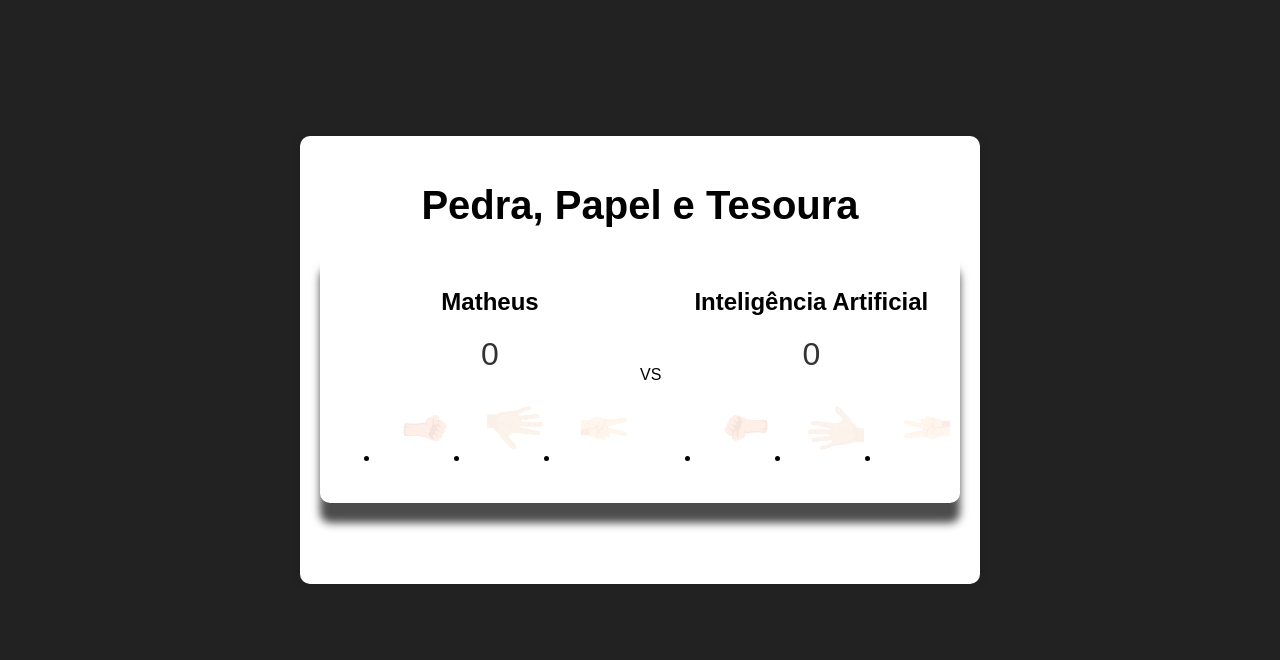
Repository: Matheus904-12/Pedra-Papel
Page: index.html
An editor plug-in stored every save of this project. The page is shown before and after the next save, followed by the edit.
The browser window is 1280 px wide. The pictures show the whole page.

Above is the page before, as saved 2023-08-28 23:00:28.

### index.html
<!DOCTYPE html>
<html lang="en">
<head>
    <meta charset="UTF-8">
    <meta name="viewport" content="width=device-width, initial-scale=1.0">
    <title>Pedra, Papel e Tesoura</title>
    <link rel="stylesheet" href="style.css">
    <script src="script.js"></script>
</head>
<body>
    <center>
    <div class="box">
        <div class="container">
            <h1 id="titulo">Pedra, Papel e Tesoura</h1>
            <div class="placar" id="placar">
                <div class="jogador">
                    <h2 id="jogadorNome">Matheus</h2>
                    <p id="jogadorPontos">0</p>
                    <ul class="escolhas" id="jogadorEscolha">
                        <li>
                            <a id="jogadorEscolha1" class="escolha" onclick="jogar(1)">
                                <img src="img/1-removebg-preview.png" alt="">
                            </a>
                        </li>
                        <li>
                            <a id="jogadorEscolha2" class="escolha" onclick="jogar(2)">
                                <img src="img/2-removebg-preview.png" alt="">
                            </a>
                        </li>
                        <li>
                            <a id="jogadorEscolha3" class="escolha" onclick="jogar(3)">
                                <img src="img/3-removebg-preview.png" alt="">
                            </a>
                        </li>
                    </ul>
                </div>
                <div id="versus">VS</div>
                <div class="computador">
                    <h2 id="computadorNome">Inteligência Artificial</h2>
                    <p id="computadorPontos">0</p>
                    <ul class="escolhas" id="computadorEscolha">
                        <li>
                            <a id="computadorEscolha1" class="escolha">
                                <img src="img2/1.png" alt="">
                            </a>
                        </li>
                        <li>
                            <a id="computadorEscolha2" class="escolha">
                                <img src="img2/2.png" alt="">
                            </a>
                        </li>
                        <li>
                            <a id="computadorEscolha3" class="escolha">
                                <img src="img2/3.png" alt="">
                            </a>
                        </li>
                    </ul>
                </div>
            </div>
            <div class="mensagem"><p id="mensagem"class="result-message">&nbsp;</p>
    </div>
</center>
</body>
</html>

### style.css
/* Estilos para as escolhas do jogador e do computador */
ul#jogadorEscolha li a,
ul#computadorEscolha li a {
    opacity: 0.2;
    transition: ease-in-out 0.3s;
}

ul#jogadorEscolha li a:hover,
ul#jogadorEscolha li a.selecionado,
ul#computadorEscolha li a.selecionado {
    opacity: 1;
}

/* Estilos gerais */
body {
    font-family: 'Arial', sans-serif;
    background-color: #222;
    margin: 0;
    padding: 0;
    transition: background-color 0.5s ease;
    display: flex;
    align-items: center;
    justify-content: center;
    min-height: 100vh;
}

/* Estilo do container principal */
.box {
    display: flex;
    flex-direction: column;
    align-items: center;
    justify-content: center;
    background-color: #fff;
    box-shadow: 0 0 10px rgba(0, 0, 0, 0.1);
    border-radius: 10px;
    padding: 20px;
    margin: 20px;
}

/* Estilo do título */
#titulo {
    font-size: 2.5rem;
    color: #000;
    margin-bottom: 20px;
}

/* Estilo do placar */
.placar {
    display: flex;
    align-items: center;
    justify-content: space-between;
    padding: 20px;
    background-color: #fff;
    border-radius: 10px;
    box-shadow: 0 20px 8px rgba(0, 0, 0, 0.7);
    width: 100%;
    max-width: 600px;
    margin-top: 20px;
}

.jogador,
.computador {
    width: 50%;
}

.jogador p,
.computador p {
    font-size: 2rem;
    color: #333;
    margin: 0;
}

.escolhas {
    display: flex;
    justify-content: space-around;
    margin-top: 20px;
}

.escolhas img {
    max-width: 70px;
    cursor: pointer;
    transition: transform 0.3s ease;
    margin: 0 10px;
}

.escolhas img:hover {
    transform: scale(1.1);
}

/* Estilo do resultado/mensagem */
.result-message {
    font-size: 1.2rem;
    margin-top: 20px;
    color: #000;
}

.result-message.vitoria {
    color: #4CAF50;
}

.result-message.derrota {
    color: #FF5733;
}

.result-message.empate {
    color: #FFC300;
}

/* Estilo do botão reiniciar */
.reiniciar-jogo {
    background-color: #3498db;
    border: none;
    color: white;
    padding: 10px 20px;
    text-align: center;
    text-decoration: none;
    display: inline-block;
    font-size: 16px;
    border-radius: 5px;
    cursor: pointer;
    transition: background-color 0.3s ease;
    margin-top: 20px;
}

.reiniciar-jogo:hover {
    background-color: #2980b9;
}

/* Estilo do histórico */
.historico {
    text-align: center;
    margin-top: 20px;
}

.historico-toggle {
    background-color: #333;
    border: none;
    color: white;
    padding: 5px 10px;
    font-size: 14px;
    border
-radius: 5px;
    cursor: pointer;
    transition: background-color 0.3s ease;
}

.historico-toggle:hover {
    background-color: #222;
}

.historico-list {
    list-style: none;
    padding: 0;
    display: none;
    text-align: left;
}

.historico-list li {
    font-size: 14px;
    margin-bottom: 5px;
    color: #fff;
}

### script.js
let jogadorEscolha = 0;
let jogadorPontos = 0;
let computadorEscolha = 0;
let computadorPontos = 0;
let ganhador = -1;
let historico = [];

function jogar(escolha){
    jogadorEscolha = escolha;
    computadorEscolha = Math.floor(Math.random() * 3) + 1;


/*PEDRA = 1
  PAPEL = 2
  TESOURA = 3
*/

if (jogadorEscolha == 1 && computadorEscolha == 1) {
    ganhador = 0;
    //*PEDRA = PEDRA*//
} else if (jogadorEscolha == 1 && computadorEscolha == 2) {
    ganhador = 2;
    //PEDRA E PAPEL = PAPEL//
} else if (jogadorEscolha == 1 && computadorEscolha == 3) {
    ganhador = 1;
    //PEDRA E TESOURA = PEDRA//
} else if (jogadorEscolha == 2 && computadorEscolha == 1) {
    ganhador = 1;
    //PAPEL E PEDRA = PEDRA
} else if (jogadorEscolha == 2 && computadorEscolha == 2) {
    ganhador =  0;
    //PAPEL E PAPEL = NADA
} else if (jogadorEscolha == 2 && computadorEscolha == 3) {
    ganhador = 2;
    //PAPEL E TESOURA = TESOURA
} else if (jogadorEscolha == 3 && computadorEscolha == 1) {
    ganhador = 2;
    //TESOURA E PEDRA = PEDRA
} else if (jogadorEscolha == 3 && computadorEscolha == 2) {
    ganhador = 1;
    //TESOURA E PAPEL = TESOURA
} else if (jogadorEscolha == 3 && computadorEscolha == 3) {
    ganhador = 0;
    //TESOURA E TESOURA = EMPATE
}


document.getElementById('jogadorEscolha1').classList.remove('selecionado');
document.getElementById('jogadorEscolha2').classList.remove('selecionado');
document.getElementById('jogadorEscolha3').classList.remove('selecionado');
document.getElementById('computadorEscolha1').classList.remove('selecionado');
document.getElementById('computadorEscolha2').classList.remove('selecionado');
document.getElementById('computadorEscolha3').classList.remove('selecionado');



document.getElementById('jogadorEscolha'+jogadorEscolha).classList.add('selecionado');
document.getElementById('computadorEscolha'+computadorEscolha).classList.add('selecionado');


/*
EMPATE = 0;
JOGADOR = 1;
COMPUTADOR = 2;
*/


// Atualizar placar
if (ganhador === 1) {
    jogadorPontos++;
} else if (ganhador === 2) {
    computadorPontos++;
}

document.getElementById('jogadorPontos').textContent = jogadorPontos;
document.getElementById('computadorPontos').textContent = computadorPontos;


// Mensagem do resultado
let mensagem = '';
if (ganhador === 1) {
    mensagem = 'Você venceu!';
} else if (ganhador === 2) {
    mensagem = 'Você perdeu!';
} else {
    mensagem = 'Empate!';
}

// Adicionar ao histórico
historico.push({
    jogador: jogadorEscolha,
    computador: computadorEscolha,
    resultado: ganhador
});

// Atualizar elementos na página
document.getElementById('jogadorPontos').textContent = jogadorPontos;
document.getElementById('computadorPontos').textContent = computadorPontos;
document.querySelector('.result-message').textContent = mensagem;
document.querySelector('.result-message').className = `result-message ${ganhadorClass}`;

// Exibir histórico
mostrarHistorico();

// Adicionar classe de estilo à mensagem
let mensagemElement = document.getElementById('mensagem');
mensagemElement.classList.remove('vitoria', 'derrota', 'empate');
if (ganhador === 1) {
    mensagemElement.classList.add('vitoria');
} else if (ganhador === 2) {
    mensagemElement.classList.add('derrota');
} else {
    mensagemElement.classList.add('empate');
}
}

function mostrarHistorico() {
let historicoList = document.getElementById('historico-list');
historicoList.innerHTML = '';

for (let i = 0; i < historico.length; i++) {
    let item = historico[i];
    let resultado = '';
    if (item.resultado === 1) {
        resultado = 'Vitória';
    } else if (item.resultado === 2) {
        resultado = 'Derrota';
    } else {
        resultado = 'Empate';
    }

    let listItem = document.createElement('li');
    listItem.textContent = `Jogador: ${item.jogador} | Computador: ${item.computador} | Resultado: ${resultado}`;
    historicoList.appendChild(listItem);
}


document.getElementById('historico-toggle').addEventListener('click', function() {
    const historicoList = document.querySelector('.historico-list');
    historicoList.style.display = historicoList.style.display === 'none' ? 'block' : 'none';
    this.textContent = historicoList.style.display === 'none' ? 'Ver Histórico' : 'Esconder Histórico';
});

// Mensagem do resultado
let mensagem = '';
if (ganhador === 1) {
    mensagem = 'Você venceu!';
} else if (ganhador === 2) {
    mensagem = 'Você perdeu!';
} else {
    mensagem = 'Empate!';
}

// Adicionar ao histórico
historico.push({
    jogador: jogadorEscolha,
    computador: computadorEscolha,
    resultado: ganhador
});


// Atualizar elementos na página
document.getElementById('jogadorPontos').textContent = jogadorPontos;
document.getElementById('computadorPontos').textContent = computadorPontos;
document.querySelector('.result-message').textContent = mensagem;
document.querySelector('.result-message').className = `result-message ${ganhadorClass}`;


 // Adicionar classe de estilo à mensagem
let mensagemElement = document.querySelector('.mensagem');
mensagemElement.classList.remove('vitoria', 'derrota', 'empate');
if (ganhador === 1) {
    mensagemElement.classList.add('vitoria');
} else if (ganhador === 2) {
    mensagemElement.classList.add('derrota');
} else {
    mensagemElement.classList.add('empate');
}

// Atualizar estilo da página com base no resultado
document.querySelector('.box').className = `box ${ganhadorClass}`;




// Atualizar cor de fundo com base no resultado
if (ganhador === 1) {
    document.body.style.backgroundColor = '#4CAF50'; // Verde
} else if (ganhador === 2) {
    document.body.style.backgroundColor = '#FF5733'; // Vermelho
} else {
    document.body.style.backgroundColor = '#FFC300'; // Amarelo
}


// Selecionar escolha do jogador
document.getElementById(`jogadorEscolha${jogadorEscolha}`).classList.add('selecionado');


// Atualizar escolhas do jogador
document.getElementById(`jogadorEscolha${jogadorEscolha}`).classList.add('selecionado');
document.getElementById(`computadorEscolha${computadorEscolha}`).classList.add('selecionado');

// Atualizar estilo da página com base no resultado
document.querySelector('.box').className = `box ${ganhadorClass}`;

// Função para reiniciar o jogo
function reiniciarJogo() {
    jogadorPontos = 0;
    computadorPontos = 0;
    historico = [];
    limparEscolhas();
    atualizarPlacar();
    limparMensagem();
    mostrarHistorico();
    resetarEstiloPagina();
}

// Limpar escolhas selecionadas
function limparEscolhas() {
    document.querySelectorAll('.escolha').forEach(element => {
        element.classList.remove('selecionado');
    });
}

// Atualizar placar
function atualizarPlacar() {
    document.getElementById('jogadorPontos').textContent = jogadorPontos;
    document.getElementById('computadorPontos').textContent = computadorPontos;
}

// Limpar mensagem do resultado
function limparMensagem() {
    document.querySelector('.result-message').textContent = '';
    document.querySelector('.mensagem').className = 'mensagem';
}

// Resetar estilo da página
function resetarEstiloPagina() {
    document.querySelector('.box').className = 'box';
}

// Botão de reiniciar o jogo
document.getElementById('reiniciar-jogo').addEventListener('click', function() {
    reiniciarJogo();
});


// Função para reiniciar o jogo
function reiniciarJogo() {
    jogadorPontos = 0;
    computadorPontos = 0;
    historico = [];
    limparEscolhas();
    atualizarPlacar();
    limparMensagem();
    mostrarHistorico();
    resetarEstiloPagina();
}

// Limpar escolhas selecionadas
function limparEscolhas() {
    document.querySelectorAll('.escolha').forEach(element => {
        element.classList.remove('selecionado');
    });
}

// Atualizar placar
function atualizarPlacar() {
    document.getElementById('jogadorPontos').textContent = jogadorPontos;
    document.getElementById('computadorPontos').textContent = computadorPontos;
}

// Limpar mensagem do resultado
function limparMensagem() {
    document.querySelector('.result-message').textContent = '';
    document.querySelector('.mensagem').className = 'mensagem';
}

// Resetar estilo da página
function resetarEstiloPagina() {
    document.querySelector('.box').className = 'box';
}

// Botão de reiniciar o jogo
document.getElementById('reiniciar-jogo').addEventListener('click', function() {
    reiniciarJogo();
});


}

After the next save:
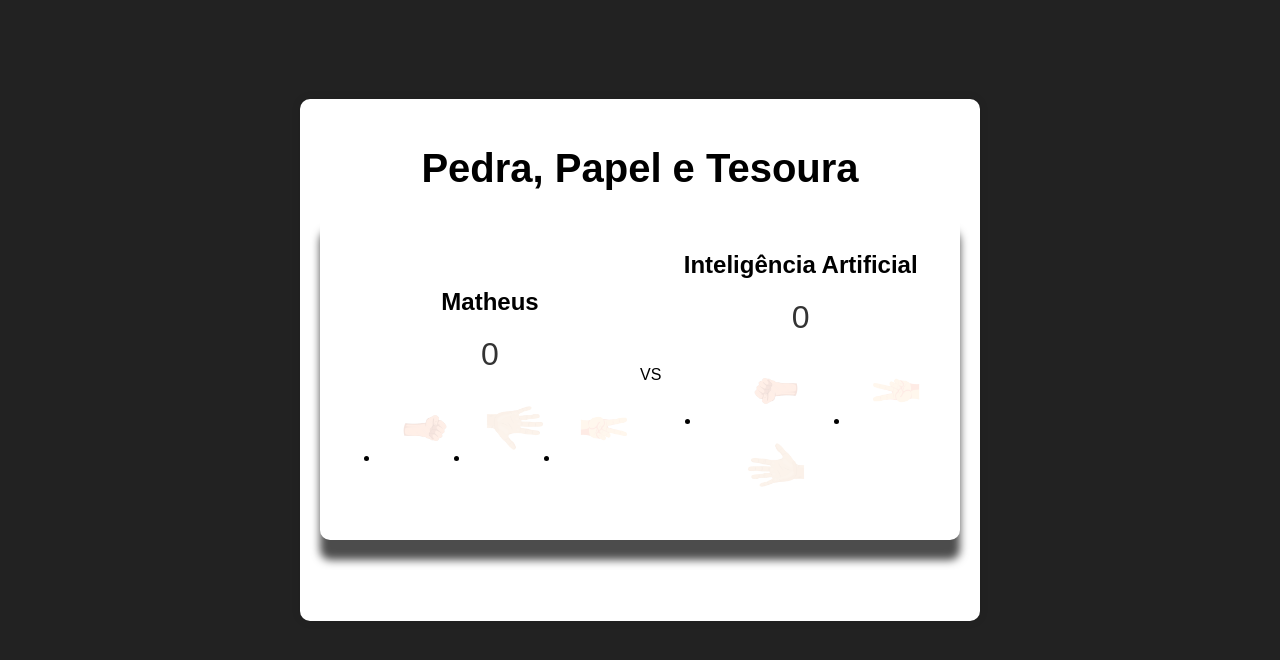
Saved 4 min 54 s later.
--- a/index.html
+++ b/index.html
@@ -43,8 +43,7 @@
                             <a id="computadorEscolha1" class="escolha">
                                 <img src="img2/1.png" alt="">
                             </a>
-                        </li>
-                        <li>
+
                             <a id="computadorEscolha2" class="escolha">
                                 <img src="img2/2.png" alt="">
                             </a>
